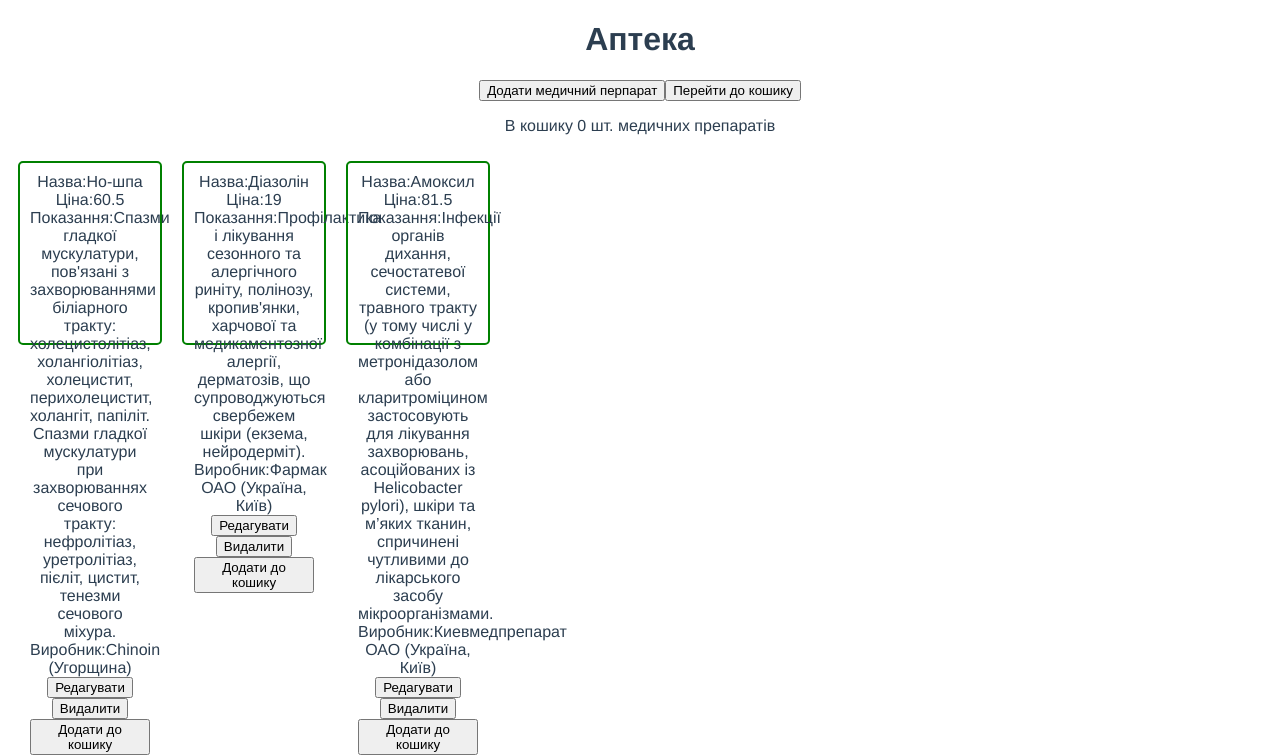
Repository: kristinap8/pharmacy
Page: /
These files come from the project's save history. The page is drawn as it stood at one moment and after the next save; the edit follows.
The browser window is 1280 px wide. The pictures show the whole page.
The project was rebuilt for these pictures with package versions that can differ from the ones it lists, and the page was loaded fresh each time. Also part of the build but not shown: src/components/AddMedicineForm/index.vue, src/pages/AddMedicine/index.vue, src/components/EditMedicineForm/index.vue, src/pages/EditMedicine/index.vue, src/components/CartForm/index.vue, src/pages/Cart/index.vue.

Above is the page before, as saved 2020-12-10 02:18:17.

After the next save:
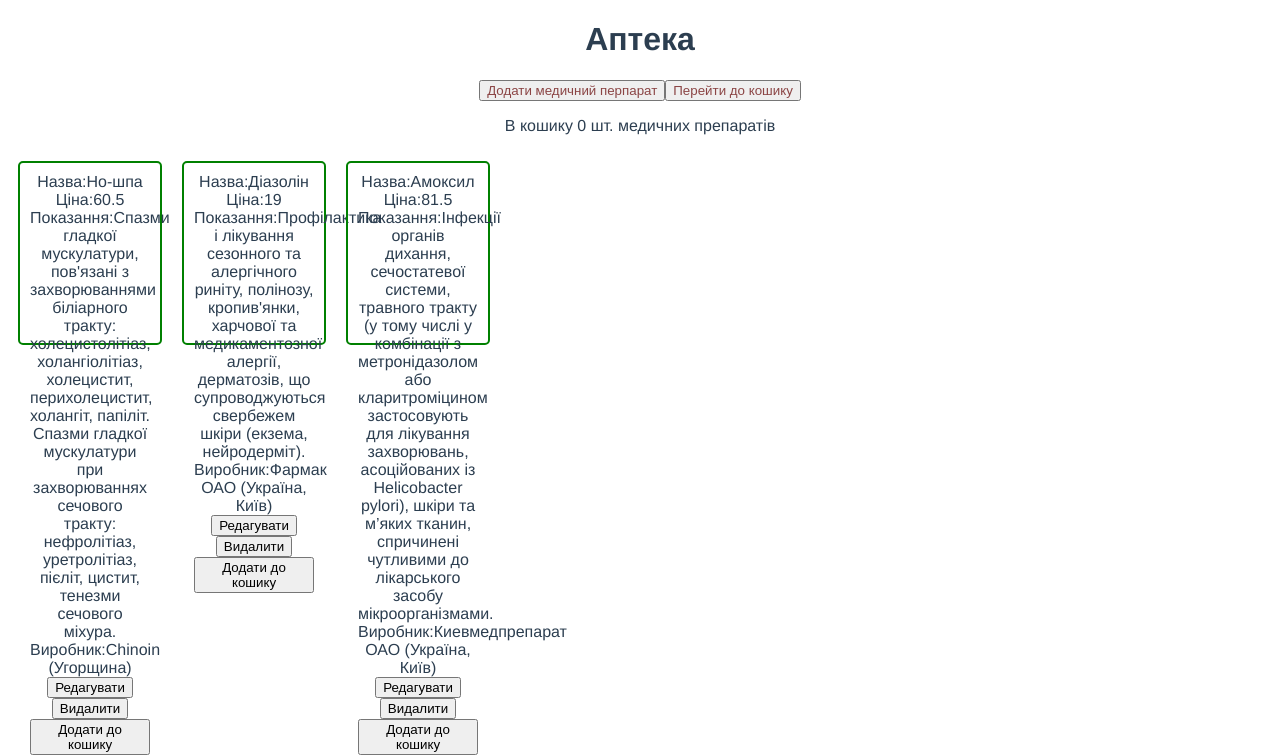
Saved 39 s later.
--- a/src/pages/AllMedicines/index.vue
+++ b/src/pages/AllMedicines/index.vue
@@ -32,4 +32,10 @@ import MedicinesList from "../../components/MedicinesList"
   .btns{
       text-align: center;
   }
+  .add-btn{
+      color:rgb(139, 69, 69)
+  }
+  .cart-btn{
+      color:rgb(139, 69, 69)
+  }
 </style>
